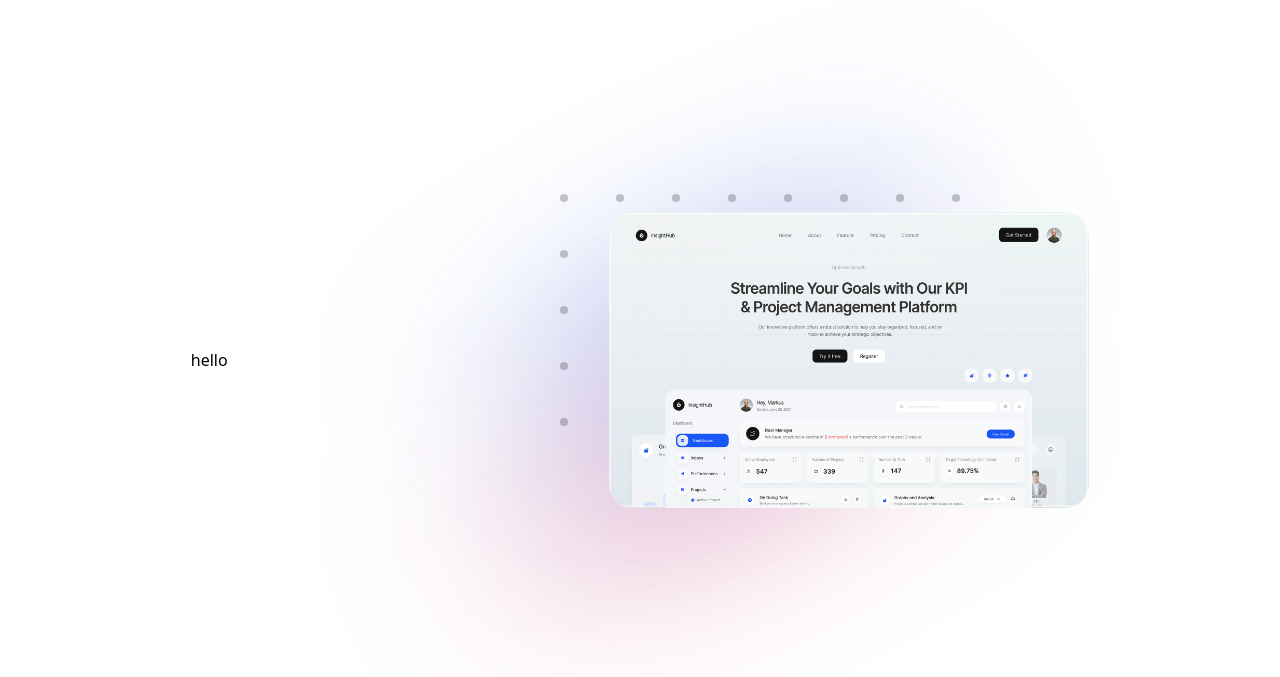
Repository: 30namp/youtube-web-art-code
Page: stunning landing page 1/index.html
The author's editor kept a copy of each file at every save. The page is drawn from the files as they stood at one save, then again after the next save.
The browser window is 1280 px wide. The pictures show the whole page.

Above is the page before, as saved 2024-09-26 18:29:09.

After the next save:
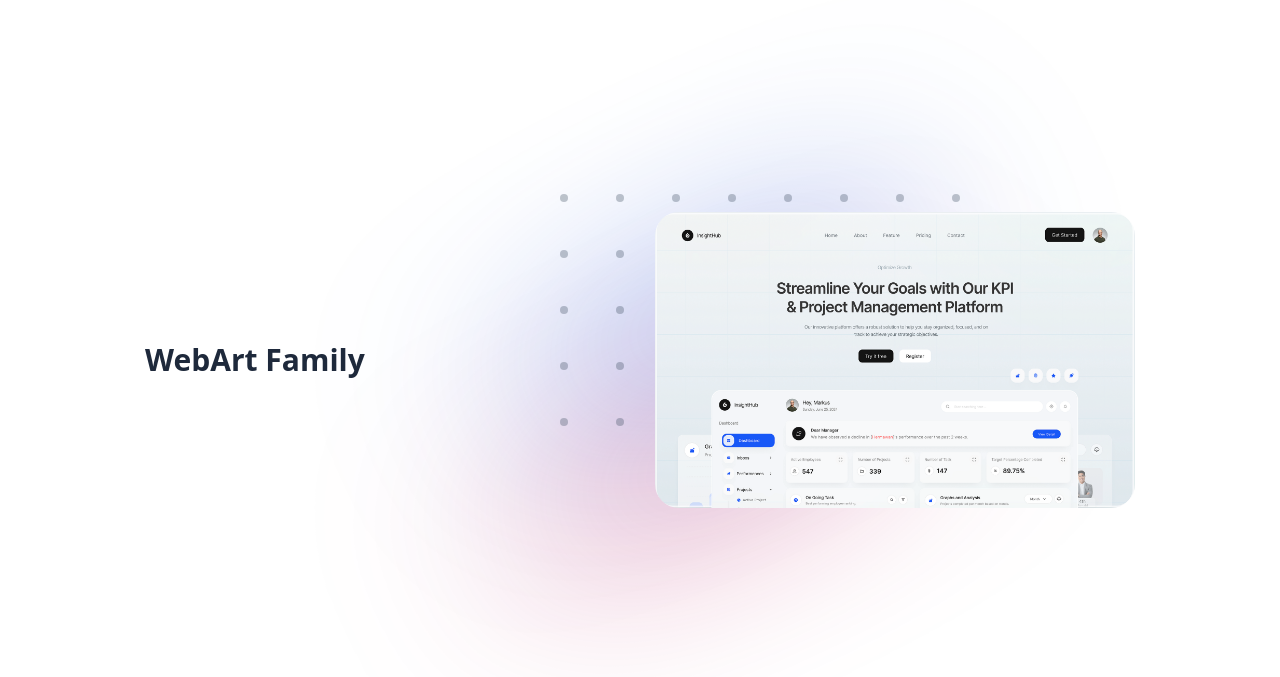
Saved 53 s later.
--- a/stunning landing page 1/index.html
+++ b/stunning landing page 1/index.html
@@ -14,52 +14,54 @@
       class="absolute right-[25%] top-[40%] h-12 w-[30rem] rounded-[100%] rotate-[-25deg] bg-blue-700 blur-[6rem]"
     ></div>
     <div class="grid grid-cols-8 gap-12 absolute right-[25%] top-[27%]">
-      <div class="rounded-full bg-zinc-700/30 size-2 shadow-lg"></div>
-      <div class="rounded-full bg-zinc-700/30 size-2 shadow-lg"></div>
-      <div class="rounded-full bg-zinc-700/30 size-2 shadow-lg"></div>
-      <div class="rounded-full bg-zinc-700/30 size-2 shadow-lg"></div>
-      <div class="rounded-full bg-zinc-700/30 size-2 shadow-lg"></div>
-      <div class="rounded-full bg-zinc-700/30 size-2 shadow-lg"></div>
-      <div class="rounded-full bg-zinc-700/30 size-2 shadow-lg"></div>
-      <div class="rounded-full bg-zinc-700/30 size-2 shadow-lg"></div>
-      <div class="rounded-full bg-zinc-700/30 size-2 shadow-lg"></div>
-      <div class="rounded-full bg-zinc-700/30 size-2 shadow-lg"></div>
-      <div class="rounded-full bg-zinc-700/30 size-2 shadow-lg"></div>
-      <div class="rounded-full bg-zinc-700/30 size-2 shadow-lg"></div>
-      <div class="rounded-full bg-zinc-700/30 size-2 shadow-lg"></div>
-      <div class="rounded-full bg-zinc-700/30 size-2 shadow-lg"></div>
-      <div class="rounded-full bg-zinc-700/30 size-2 shadow-lg"></div>
-      <div class="rounded-full bg-zinc-700/30 size-2 shadow-lg"></div>
-      <div class="rounded-full bg-zinc-700/30 size-2 shadow-lg"></div>
-      <div class="rounded-full bg-zinc-700/30 size-2 shadow-lg"></div>
-      <div class="rounded-full bg-zinc-700/30 size-2 shadow-lg"></div>
-      <div class="rounded-full bg-zinc-700/30 size-2 shadow-lg"></div>
-      <div class="rounded-full bg-zinc-700/30 size-2 shadow-lg"></div>
-      <div class="rounded-full bg-zinc-700/30 size-2 shadow-lg"></div>
-      <div class="rounded-full bg-zinc-700/30 size-2 shadow-lg"></div>
-      <div class="rounded-full bg-zinc-700/30 size-2 shadow-lg"></div>
-      <div class="rounded-full bg-zinc-700/30 size-2 shadow-lg"></div>
-      <div class="rounded-full bg-zinc-700/30 size-2 shadow-lg"></div>
-      <div class="rounded-full bg-zinc-700/30 size-2 shadow-lg"></div>
-      <div class="rounded-full bg-zinc-700/30 size-2 shadow-lg"></div>
-      <div class="rounded-full bg-zinc-700/30 size-2 shadow-lg"></div>
-      <div class="rounded-full bg-zinc-700/30 size-2 shadow-lg"></div>
-      <div class="rounded-full bg-zinc-700/30 size-2 shadow-lg"></div>
-      <div class="rounded-full bg-zinc-700/30 size-2 shadow-lg"></div>
-      <div class="rounded-full bg-zinc-700/30 size-2 shadow-lg"></div>
-      <div class="rounded-full bg-zinc-700/30 size-2 shadow-lg"></div>
-      <div class="rounded-full bg-zinc-700/30 size-2 shadow-lg"></div>
-      <div class="rounded-full bg-zinc-700/30 size-2 shadow-lg"></div>
-      <div class="rounded-full bg-zinc-700/30 size-2 shadow-lg"></div>
-      <div class="rounded-full bg-zinc-700/30 size-2 shadow-lg"></div>
-      <div class="rounded-full bg-zinc-700/30 size-2 shadow-lg"></div>
-      <div class="rounded-full bg-zinc-700/30 size-2 shadow-lg"></div>
+      <div class="rounded-full bg-slate-700/30 size-2 shadow-lg"></div>
+      <div class="rounded-full bg-slate-700/30 size-2 shadow-lg"></div>
+      <div class="rounded-full bg-slate-700/30 size-2 shadow-lg"></div>
+      <div class="rounded-full bg-slate-700/30 size-2 shadow-lg"></div>
+      <div class="rounded-full bg-slate-700/30 size-2 shadow-lg"></div>
+      <div class="rounded-full bg-slate-700/30 size-2 shadow-lg"></div>
+      <div class="rounded-full bg-slate-700/30 size-2 shadow-lg"></div>
+      <div class="rounded-full bg-slate-700/30 size-2 shadow-lg"></div>
+      <div class="rounded-full bg-slate-700/30 size-2 shadow-lg"></div>
+      <div class="rounded-full bg-slate-700/30 size-2 shadow-lg"></div>
+      <div class="rounded-full bg-slate-700/30 size-2 shadow-lg"></div>
+      <div class="rounded-full bg-slate-700/30 size-2 shadow-lg"></div>
+      <div class="rounded-full bg-slate-700/30 size-2 shadow-lg"></div>
+      <div class="rounded-full bg-slate-700/30 size-2 shadow-lg"></div>
+      <div class="rounded-full bg-slate-700/30 size-2 shadow-lg"></div>
+      <div class="rounded-full bg-slate-700/30 size-2 shadow-lg"></div>
+      <div class="rounded-full bg-slate-700/30 size-2 shadow-lg"></div>
+      <div class="rounded-full bg-slate-700/30 size-2 shadow-lg"></div>
+      <div class="rounded-full bg-slate-700/30 size-2 shadow-lg"></div>
+      <div class="rounded-full bg-slate-700/30 size-2 shadow-lg"></div>
+      <div class="rounded-full bg-slate-700/30 size-2 shadow-lg"></div>
+      <div class="rounded-full bg-slate-700/30 size-2 shadow-lg"></div>
+      <div class="rounded-full bg-slate-700/30 size-2 shadow-lg"></div>
+      <div class="rounded-full bg-slate-700/30 size-2 shadow-lg"></div>
+      <div class="rounded-full bg-slate-700/30 size-2 shadow-lg"></div>
+      <div class="rounded-full bg-slate-700/30 size-2 shadow-lg"></div>
+      <div class="rounded-full bg-slate-700/30 size-2 shadow-lg"></div>
+      <div class="rounded-full bg-slate-700/30 size-2 shadow-lg"></div>
+      <div class="rounded-full bg-slate-700/30 size-2 shadow-lg"></div>
+      <div class="rounded-full bg-slate-700/30 size-2 shadow-lg"></div>
+      <div class="rounded-full bg-slate-700/30 size-2 shadow-lg"></div>
+      <div class="rounded-full bg-slate-700/30 size-2 shadow-lg"></div>
+      <div class="rounded-full bg-slate-700/30 size-2 shadow-lg"></div>
+      <div class="rounded-full bg-slate-700/30 size-2 shadow-lg"></div>
+      <div class="rounded-full bg-slate-700/30 size-2 shadow-lg"></div>
+      <div class="rounded-full bg-slate-700/30 size-2 shadow-lg"></div>
+      <div class="rounded-full bg-slate-700/30 size-2 shadow-lg"></div>
+      <div class="rounded-full bg-slate-700/30 size-2 shadow-lg"></div>
+      <div class="rounded-full bg-slate-700/30 size-2 shadow-lg"></div>
+      <div class="rounded-full bg-slate-700/30 size-2 shadow-lg"></div>
     </div>
 
     <div
       class="hero-section relative h-screen flex justify-around items-center"
     >
-      <div class="content">hello</div>
+      <div class="content">
+        <h1 class="text-3xl font-bold text-slate-800">WebArt Family</h1>
+      </div>
       <img class="w-[30rem] rounded-3xl" src="./img.png" alt="" />
     </div>
   </body>
